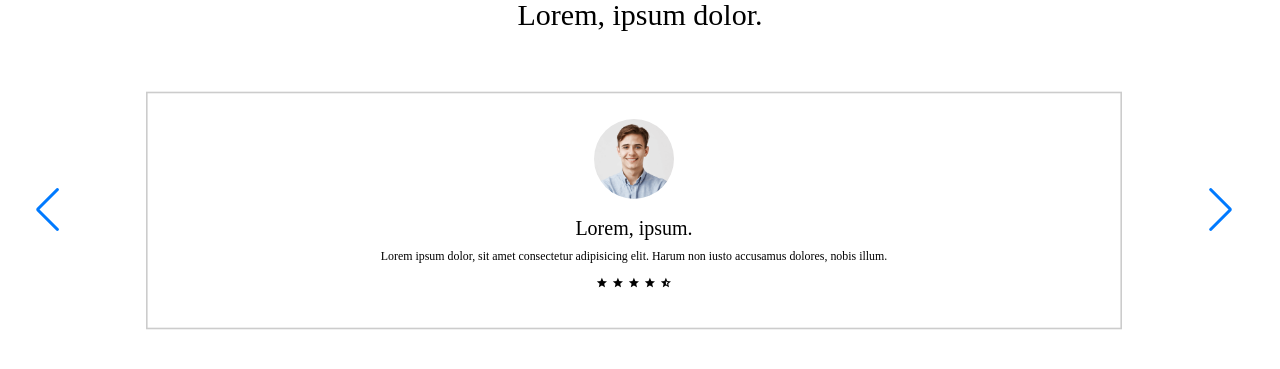
Repository: dinhhaidh/slider-3
Page: index.html
These files come from the project's save history. The page is drawn as it stood at one moment and after the next save; the edit follows.
The browser window is 1280 px wide. The pictures show the whole page.

Above is the page before, as saved 2024-03-22 21:59:23.

After the next save:
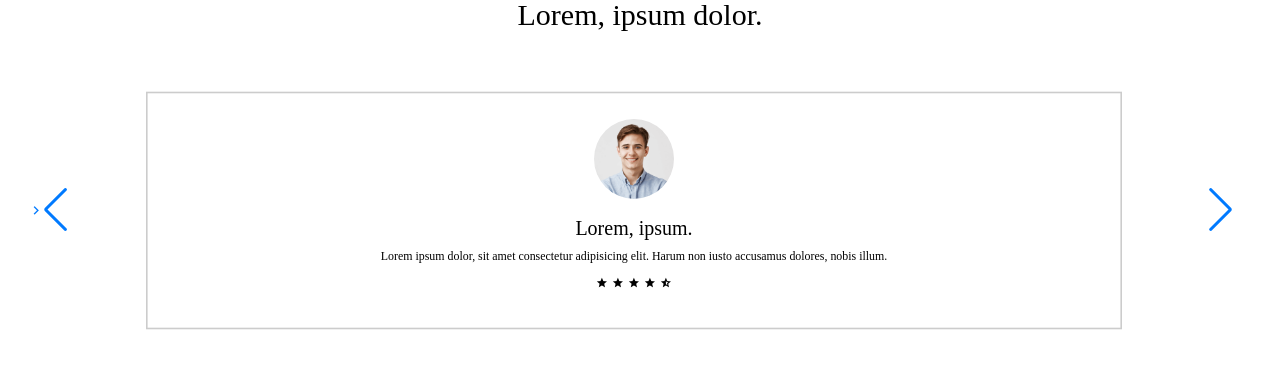
Saved 20 s later.
--- a/index.html
+++ b/index.html
@@ -74,7 +74,7 @@
 
                 <!-- If we need navigation buttons -->
                 <div class="swiper-button-prev">
-
+                    <i class="ri-arrow-right-s-line"></i>
                 </div>
                 <div class="swiper-button-next"></div>
             </div>
